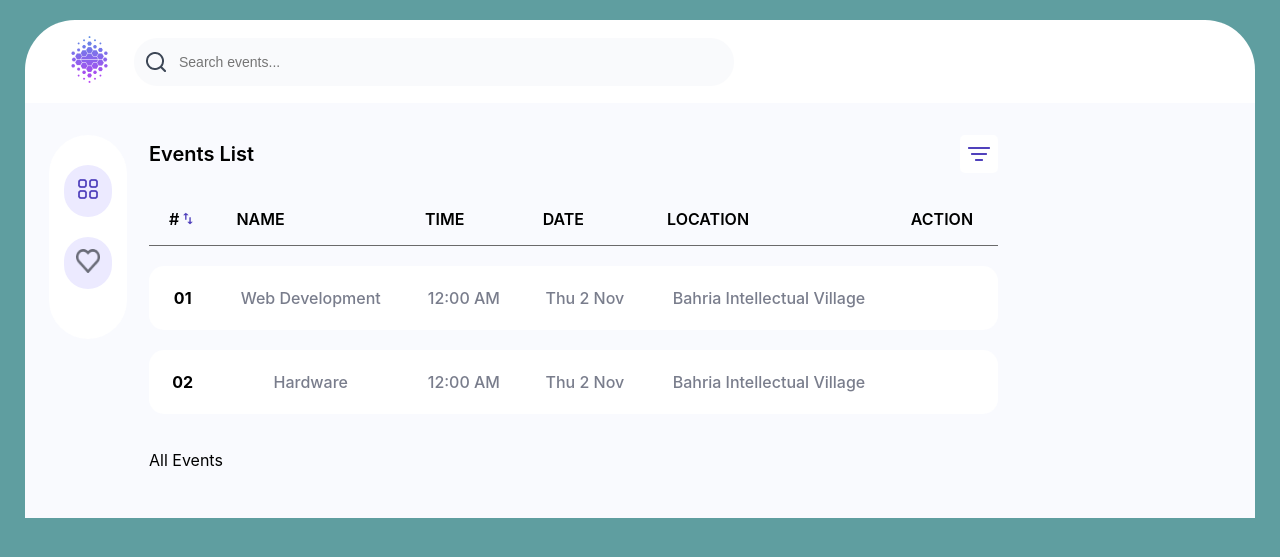
Repository: ahmadunitedsol710/react-dashboard
Page: /
These files come from the project's save history. The page is drawn as it stood at one moment and after the next save; the edit follows.
The browser window is 1280 px wide. The pictures show the whole page.
The project was rebuilt for these pictures with package versions that can differ from the ones it lists, and the page was loaded fresh each time.

Above is the page before, as saved 2024-07-30 11:40:00.

After the next save:
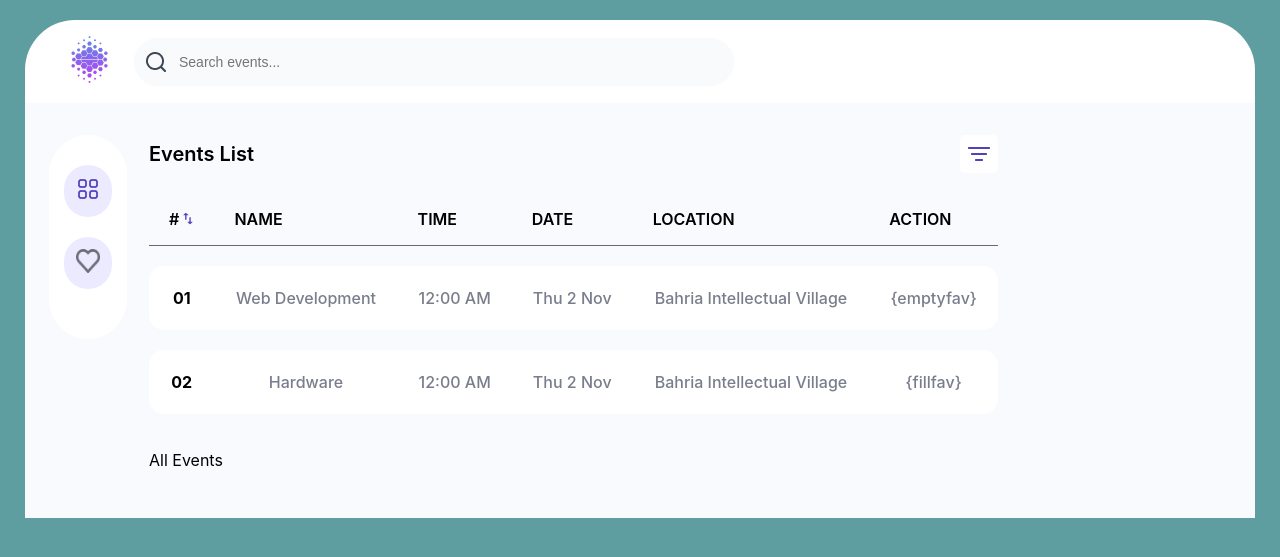
Saved 7 s later.
--- a/src/Components/Body/eventlist.js
+++ b/src/Components/Body/eventlist.js
@@ -38,7 +38,7 @@ const Eventlist = () => {
                                 <td className='details' data-label="time">{data.time}</td>
                                 <td className='details' data-label="date">{data.date}</td>
                                 <td className='details' data-label="location">{data.location}</td>
-                                <td className='details' data-label="location"> {data.em} </td>
+                                <td className='details' data-label="location"> {data.action} </td>
                             </tr>
                             ))}
                         </tbody>
